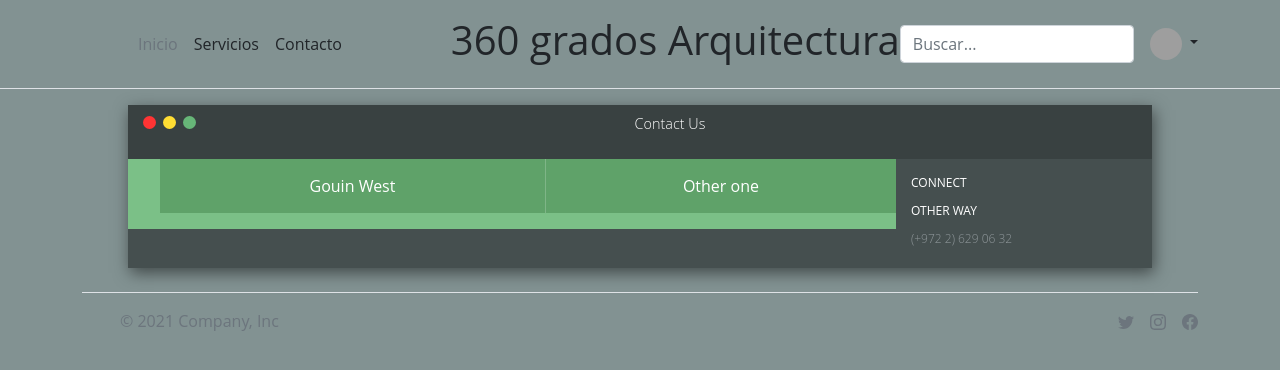
Repository: RaquelAlvarezz/Recuperaci-n-Bootstrap
Page: http://localhost/contacto.php
The author's editor kept a copy of each file at every save. The page is drawn from the files as they stood at one save, then again after the next save.
The browser window is 1280 px wide. The pictures show the whole page.
Pictures or frames that could not be fetched are drawn as grey boxes. The page is run by PHP 8.4 with error messages shown; the project is at /var/www/html/.

Above is the page before, as saved 2022-02-17 11:50:55.

### contacto.php
<!DOCTYPE html>
<html lang="es">
<head>
    <meta charset="UTF-8">
    <meta name="viewport" content="width=device-width, initial-scale=1.0">
    <link href="https://cdn.jsdelivr.net/npm/bootstrap@5.1.3/dist/css/bootstrap.min.css" rel="stylesheet" integrity="sha384-1BmE4kWBq78iYhFldvKuhfTAU6auU8tT94WrHftjDbrCEXSU1oBoqyl2QvZ6jIW3" crossorigin="anonymous">
    <link rel="stylesheet" href="./css/estiloscontacto.css">

    <link rel="icon" type="image/jpg" href="./img/bosquejo.png"/>
    <title>360 grados Arquitectura</title>

</head>
<body>

<?php include "header.php"; ?>

<main>
<div class="map">
<div id='browser'>
  <div id='browser-bar'>
    <div class='circles'></div>
    <div class='circles'></div>
    <div class='circles'></div>
    <p>Contact Us</p>
    <span class='arrow entypo-resize-full'></span>
  </div>
  <div id='content'>
    <div id='left'>
      <div ng-app="myApp" ng-controller="gMap">
  <ui-gmap-google-map
    center='map.center'
    zoom='map.zoom' aria-label="Google map">

    <ui-gmap-marker ng-repeat="marker in markers"
      coords="marker.coords" options="marker.options" events="marker.events" idkey="marker.id">
      <ui-gmap-window>
        </div>
            <ul id='location-bar'>
        <li >
          <a href="#" id = 'btnGouin'>Gouin West</a>
        </li>
        <li>
          <a href=#>Other one</a>
        </li>
        </ul>
    </div>

      </ui-gmap-window>
    </ui-gmap-marker>

  </ui-gmap-google-map>

    <div id='right'>
      <p>Connect</p>
      <div id='social'>
        <a href="https://www.facebook.com/Quality-Cuts-Salon-Coiffure-183650908315210/" target="_blank" class='social'>
          <span class='entypo-facebook'></span>
        </a>
        <a class='social'>
          <span class='entypo-twitter'></span>
        </a>
        <a class='social'>
          <span class='entypo-linkedin'></span>
        </a>
        <a class='social'>
          <span class='entypo-gplus'></span>
        </a>
        <a href="https://www.instagram.com/qualitycuts/?hl=en"class='social'>
          <span class='entypo-instagrem'></span>
        </a>
      </div>
      <p>other way</p>
      <p class='other entypo-phone'>(+972 2) 629 06 32</p>
    </div>

    </main>
    <?php include "footer.php"; ?>


</body>
</html>

### header.php
<header class="p-3 mb-3 border-bottom">
        <div class="container">
          <div class="d-flex flex-wrap align-items-center justify-content-center justify-content-lg-start">
            <a href="/" class="d-flex align-items-center mb-2 mb-lg-0 text-dark text-decoration-none">
              <svg class="bi me-2" width="40" height="32" role="img" aria-label="Bootstrap"><use xlink:href="#bootstrap"/></svg>
            </a>

            <ul class="nav col-12 col-lg-auto me-lg-auto mb-2 justify-content-center mb-md-0">
              <li><a href="./index.php" class="nav-link px-2 link-secondary">Inicio</a></li>
              <li><a href="./servicios.php" class="nav-link px-2 link-dark">Servicios</a></li>
              <li><a href="./contacto.php" class="nav-link px-2 link-dark">Contacto</a></li>

            </ul>
    <div><h1>360 grados Arquitectura </h1></div>
            <form class="col-12 col-lg-auto mb-3 mb-lg-0 me-lg-3">
              <input type="search" class="form-control" placeholder="Buscar..." aria-label="Search">
            </form>

            <div class="dropdown text-end">
              <a href="#" class="d-block link-dark text-decoration-none dropdown-toggle" id="dropdownUser1" data-bs-toggle="dropdown" aria-expanded="false">
                <img src="img/perfil.png" alt="mdo" width="32" height="32" class="rounded-circle">
              </a>
              <ul class="dropdown-menu text-small" aria-labelledby="dropdownUser1">
                <li><a class="dropdown-item" href="#">New project...</a></li>
                <li><a class="dropdown-item" href="#">Settings</a></li>
                <li><a class="dropdown-item" href="#">Profile</a></li>
                <li><hr class="dropdown-divider"></li>
                <li><a class="dropdown-item" href="#">Sign out</a></li>
              </ul>
            </div>
          </div>
        </div>
      </header>

### footer.php
<div class="container">
        <footer class="d-flex flex-wrap justify-content-between align-items-center py-3 my-4 border-top">
          <div class="col-md-4 d-flex align-items-center">
            <a href="/" class="mb-3 me-2 mb-md-0 text-muted text-decoration-none lh-1">
              <svg class="bi" width="30" height="24"><use xlink:href="#bootstrap"/></svg>
            </a>
            <span class="text-muted">&copy; 2021 Company, Inc</span>
          </div>

          <ul class="nav col-md-4 justify-content-end list-unstyled d-flex">
            <li class="ms-3"><a class="text-muted" href="#"><svg xmlns="http://www.w3.org/2000/svg" width="16" height="16" fill="currentColor" class="bi bi-twitter" viewBox="0 0 16 16">
                <path d="M5.026 15c6.038 0 9.341-5.003 9.341-9.334 0-.14 0-.282-.006-.422A6.685 6.685 0 0 0 16 3.542a6.658 6.658 0 0 1-1.889.518 3.301 3.301 0 0 0 1.447-1.817 6.533 6.533 0 0 1-2.087.793A3.286 3.286 0 0 0 7.875 6.03a9.325 9.325 0 0 1-6.767-3.429 3.289 3.289 0 0 0 1.018 4.382A3.323 3.323 0 0 1 .64 6.575v.045a3.288 3.288 0 0 0 2.632 3.218 3.203 3.203 0 0 1-.865.115 3.23 3.23 0 0 1-.614-.057 3.283 3.283 0 0 0 3.067 2.277A6.588 6.588 0 0 1 .78 13.58a6.32 6.32 0 0 1-.78-.045A9.344 9.344 0 0 0 5.026 15z"/>
              </svg></a></li>
            <li class="ms-3"><a class="text-muted" href="#"><svg xmlns="http://www.w3.org/2000/svg" width="16" height="16" fill="currentColor" class="bi bi-instagram" viewBox="0 0 16 16">
                <path d="M8 0C5.829 0 5.556.01 4.703.048 3.85.088 3.269.222 2.76.42a3.917 3.917 0 0 0-1.417.923A3.927 3.927 0 0 0 .42 2.76C.222 3.268.087 3.85.048 4.7.01 5.555 0 5.827 0 8.001c0 2.172.01 2.444.048 3.297.04.852.174 1.433.372 1.942.205.526.478.972.923 1.417.444.445.89.719 1.416.923.51.198 1.09.333 1.942.372C5.555 15.99 5.827 16 8 16s2.444-.01 3.298-.048c.851-.04 1.434-.174 1.943-.372a3.916 3.916 0 0 0 1.416-.923c.445-.445.718-.891.923-1.417.197-.509.332-1.09.372-1.942C15.99 10.445 16 10.173 16 8s-.01-2.445-.048-3.299c-.04-.851-.175-1.433-.372-1.941a3.926 3.926 0 0 0-.923-1.417A3.911 3.911 0 0 0 13.24.42c-.51-.198-1.092-.333-1.943-.372C10.443.01 10.172 0 7.998 0h.003zm-.717 1.442h.718c2.136 0 2.389.007 3.232.046.78.035 1.204.166 1.486.275.373.145.64.319.92.599.28.28.453.546.598.92.11.281.24.705.275 1.485.039.843.047 1.096.047 3.231s-.008 2.389-.047 3.232c-.035.78-.166 1.203-.275 1.485a2.47 2.47 0 0 1-.599.919c-.28.28-.546.453-.92.598-.28.11-.704.24-1.485.276-.843.038-1.096.047-3.232.047s-2.39-.009-3.233-.047c-.78-.036-1.203-.166-1.485-.276a2.478 2.478 0 0 1-.92-.598 2.48 2.48 0 0 1-.6-.92c-.109-.281-.24-.705-.275-1.485-.038-.843-.046-1.096-.046-3.233 0-2.136.008-2.388.046-3.231.036-.78.166-1.204.276-1.486.145-.373.319-.64.599-.92.28-.28.546-.453.92-.598.282-.11.705-.24 1.485-.276.738-.034 1.024-.044 2.515-.045v.002zm4.988 1.328a.96.96 0 1 0 0 1.92.96.96 0 0 0 0-1.92zm-4.27 1.122a4.109 4.109 0 1 0 0 8.217 4.109 4.109 0 0 0 0-8.217zm0 1.441a2.667 2.667 0 1 1 0 5.334 2.667 2.667 0 0 1 0-5.334z"/>
              </svg></a></li>
            <li class="ms-3"><a class="text-muted" href="#"><svg xmlns="http://www.w3.org/2000/svg" width="16" height="16" fill="currentColor" class="bi bi-facebook" viewBox="0 0 16 16">
                <path d="M16 8.049c0-4.446-3.582-8.05-8-8.05C3.58 0-.002 3.603-.002 8.05c0 4.017 2.926 7.347 6.75 7.951v-5.625h-2.03V8.05H6.75V6.275c0-2.017 1.195-3.131 3.022-3.131.876 0 1.791.157 1.791.157v1.98h-1.009c-.993 0-1.303.621-1.303 1.258v1.51h2.218l-.354 2.326H9.25V16c3.824-.604 6.75-3.934 6.75-7.951z"/>
              </svg></a></li>
          </ul>
        </footer>
      </div>

### css/estiloscontacto.css
body {
    font-family: 'Open Sans', sans-serif;
    font-size: 100%;
    background: #829292;
  }


  .map {
    font-family: 'Open Sans', sans-serif;
    font-size: 100%;
    background: #829292;
  }


  @import url(https://fonts.googleapis.com/css?family=Open+Sans:100,300,400,600);
  @import url(http://weloveiconfonts.com/api/?family=brandico|entypo);
  /* entypo */
  [class*="entypo-"]:before {
    font-family: 'entypo', sans-serif;
    padding-right: 10px;
  }



  *, *:before, *:after {
    margin: 0;
    padding: 0;
    box-sizing: border-box;
    border: 0;
  }

  ul {
    list-style: none;
  }

  a {
    color: white;
    text-decoration: none;
  }

  #browser {
    margin: 10px auto;
    color: white;
    width: 80%;
    -webkit-box-shadow: 2px 5px 15px rgba(0, 0, 0, 0.5);
    -moz-box-shadow: 2px 5px 15px rgba(0, 0, 0, 0.5);
    box-shadow: 2px 5px 15px rgba(0, 0, 0, 0.5);
  }

  #browser-bar {
    background: #394141;
    width: 100%;
    padding: 8px;
    margin: 0 auto;
    font-weight: 300;
    font-size: 0.9em;
    position: relative;
  }
  #browser-bar p {
    text-align: center;
  }
  #browser-bar .circles {
    border-radius: 10px;
    height: 13px;
    width: 13px;
    background: #ff3434;
    float: left;
    margin-left: 7px;
    margin-top: 3px;
  }
  #browser-bar .circles:nth-of-type(2) {
    background: #ffdd33;
  }
  #browser-bar .circles:nth-of-type(3) {
    background: #67b678;
  }

  .arrow {
    position: absolute;
    right: 3px;
    top: 6px;
    font-size: 1.2em;
    color: #8e9699;
  }

  #content {
    background: #454f4f;
  }
  #content:after {
    content: "";
    display: table;
    clear: both;
  }
  #content #left, #content #right {
    height: 100%;
  }
  #content #left {
    float: left;
    width: 75%;
    background: #7BC087;
  }
  @media all and (max-width: 780px) {
    #content #left {
      width: 100%;
    }
  }
  #content #left #map {
    height: 388px;
    position: relative;
    background-image: url("https://f.cl.ly/items/452R3S1440221Z3m372j/israel.png");
    background-size: cover;
  }
  #content #left #map p {
    text-transform: uppercase;
    padding-top: 20px;
    padding-left: 30px;
    font-size: 0.9em;
    font-weight: 600;
  }
  #content #left #map .zoom {
    position: absolute;
    right: 25px;
    top: 25px;
    width: 2px;
    height: 70px;
    background: white;
  }
  #content #left #map .zoom:before, #content #left #map .zoom:after {
    text-align: center;
    font-weight: 600;
    position: absolute;
    color: #7BC087;
    background: white;
    width: 20px;
  }
  #content #left #map .zoom:before {
    content: '+';
    top: -10px;
    right: -8px;
  }
  #content #left #map .zoom:after {
    content: '-';
    bottom: -10px;
    right: -8px;
  }
  #content #left #map .map-locator {
    position: absolute;
    top: 40%;
    left: 30%;
    border-radius: 15px;
    height: 30px;
    width: 30px;
    background: rgba(0, 0, 0, 0.4);
    border: solid 2px white;
  }
  #content #left #map .map-locator:before {
    content: '';
    position: absolute;
    top: 9px;
    left: 9px;
    width: 8px;
    height: 8px;
    background: white;
    border-radius: 5px;
  }
  #content #left #map .map-locator .tooltip {
    position: absolute;
    color: #394141;
    left: 50px;
    top: -10px;
    background: white;
    font-size: 0.8em;
    font-weight: 600;
    -webkit-box-shadow: 1px 1px 2px rgba(0, 0, 0, 0.5);
    -moz-box-shadow: 1px 1px 2px rgba(0, 0, 0, 0.5);
    box-shadow: 1px 1px 2px rgba(0, 0, 0, 0.5);
  }
  #content #left #map .map-locator .tooltip:before {
    content: '';
    position: absolute;
    left: -10px;
    top: 14px;
    border-right: solid white 10px;
    border-top: solid transparent 8px;
    border-bottom: solid transparent 8px;
  }
  #content #left #map .map-locator .tooltip [class*="entypo-"] {
    min-width: 25px;
    display: inline-block;
    text-align: center;
    border-right: solid thin #CCC;
    margin-right: 5px;
  }
  #content #left #map .map-locator .tooltip li {
    border-bottom: solid thin #CCC;
    padding: 10px;
    white-space: nowrap;
  }
  #content #left #map .map-locator .tooltip li a {
    color: #51B2D6;
  }
  #content #left #map .map-locator .tooltip li:hover [class*="entypo-"] {
    color: #51B2D6;
  }
  #content #left ul#location-bar {
    width: 100%;
    text-align: center;
    display: table;
  }
  #content #left ul#location-bar li {
    display: table-cell;
    padding: 15px;
    background: #5FA269;
    border-right: solid thin #7fb587;
  }
  #content #left ul#location-bar li:last-of-type {
    border-right: 0;
  }
  #content #left ul#location-bar li:hover {
    background: #4c8254;
  }
  #content #left ul#location-bar .active {
    background: #4c8254;
  }
  #content #right {
    float: left;
    width: 25%;
    background: #454f4f;
    font-size: 0.75em;
    padding: 15px;
  }
  @media all and (max-width: 780px) {
    #content #right {
      width: 100%;
    }
  }
  #content #right p {
    margin-bottom: 10px;
    text-transform: uppercase;
  }
  #content #right a:hover {
    color: #51B2D6;
  }
  #content #right #social {
    display: table;
    width: 100%;
  }
  #content #right .social {
    display: table-cell;
    text-align: center;
  }
  #content #right form {
    border-top: solid thin #8e9699;
    border-bottom: solid thin #8e9699;
    margin: 20px 0;
    padding: 20px 0;
  }
  #content #right form input,
  #content #right form textarea {
    background: #394141;
    padding: 8px;
    margin-bottom: 8px;
    width: 100%;
    color: white;
  }
  #content #right form input:last-of-type,
  #content #right form textarea:last-of-type {
    margin-bottom: 0;
  }
  #content #right form input[type='submit'],
  #content #right form textarea[type='submit'] {
    text-transform: uppercase;
    background: #7BC087;
    width: 50%;
    color: white;
    margin-top: 5px;
  }
  #content #right form input[type='submit']:hover,
  #content #right form textarea[type='submit']:hover {
    background: #58b068;
    -webkit-box-shadow: 1px 1px 2px rgba(0, 0, 0, 0.5);
    -moz-box-shadow: 1px 1px 2px rgba(0, 0, 0, 0.5);
    box-shadow: 1px 1px 2px rgba(0, 0, 0, 0.5);
  }
  #content #right form input[type='textarea'],
  #content #right form textarea[type='textarea'] {
    min-height: 75px;
    vertical-align: text-top;
  }
  #content #right p.other {
    font-size: 0.7;
    margin-bottom: 5px;
    text-transform: lowercase;
    font-weight: 100;
  }
  #content #right p.other,
  #content #right p.other a {
    color: #8e9699;
  }

  .intrinsic-container {
    position: relative;
    height: 0;
    overflow: hidden;
  }

  /* 16x9 Aspect Ratio */
  .intrinsic-container-16x9 {
    padding-bottom: 56.25%;
  }

  /* 4x3 Aspect Ratio */
  .intrinsic-container-4x3 {
    padding-bottom: 75%;
  }

  .intrinsic-container iframe {
    position: absolute;
    top: 0;
    left: 0;
    width: 100%;
    height: 100%;
  }




  .angular-google-map-container {
    height: 100vh;
  }

### css/styles.css
h1{
    font-size: small;
    text-align: center;
}

After the next save:
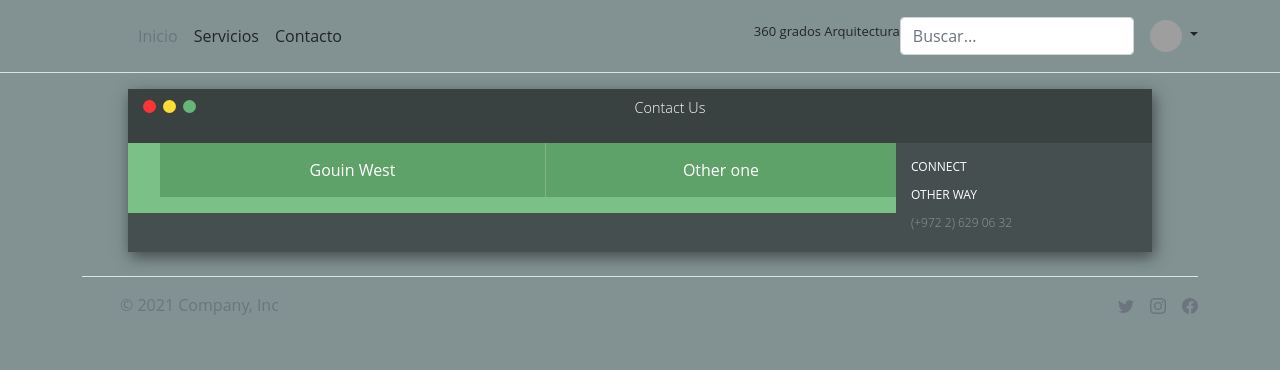
Saved 29 s later.
--- a/header.php
+++ b/header.php
@@ -1,3 +1,4 @@
+<link rel="stylesheet" href="../css/styles.css">
 <header class="p-3 mb-3 border-bottom">
         <div class="container">
           <div class="d-flex flex-wrap align-items-center justify-content-center justify-content-lg-start">
